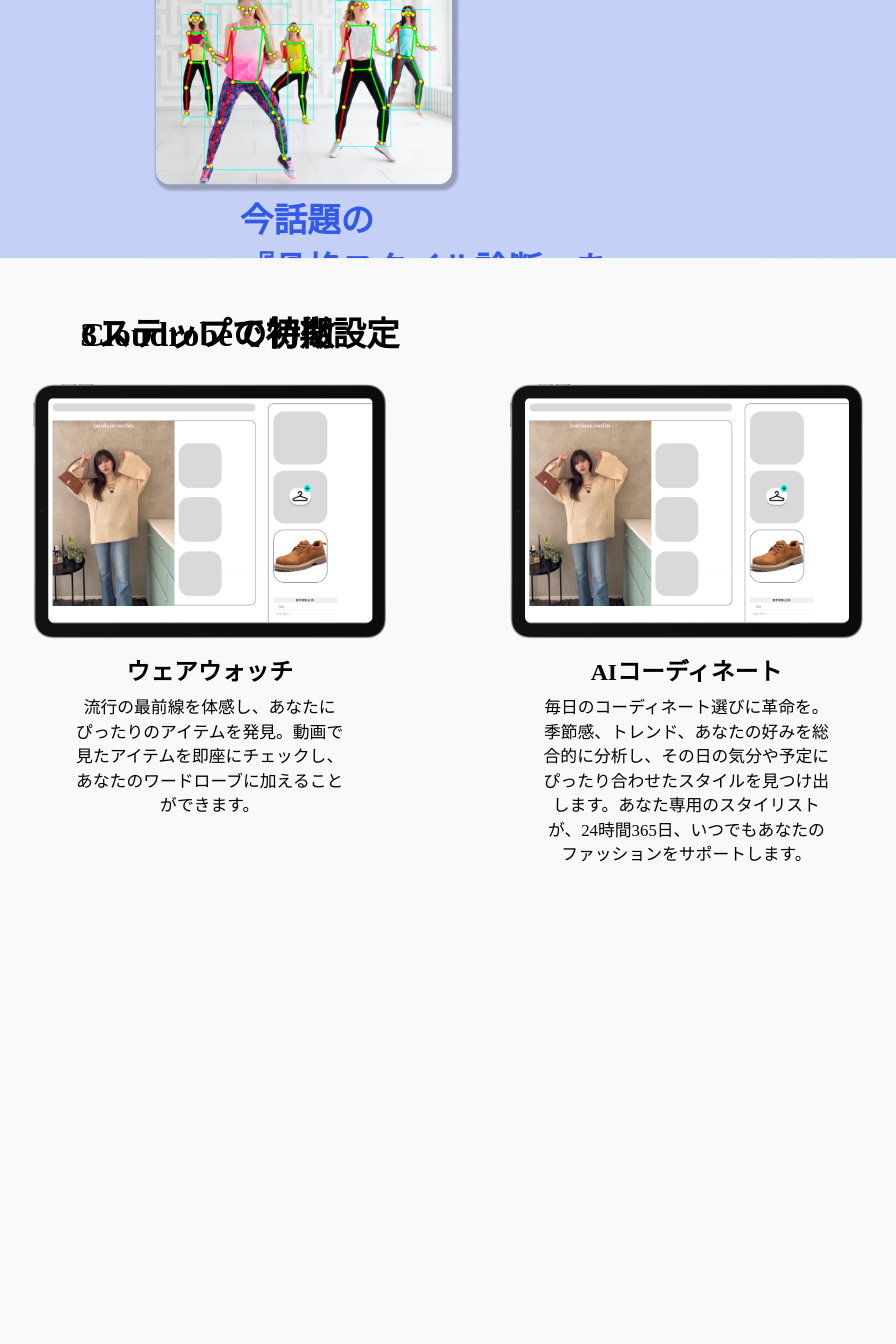
Repository: Yoshiki0418/yahoo.hack
Page: welcome.html
These files come from the project's save history. The page is drawn as it stood at one moment and after the next save; the edit follows.
The browser window is 1280 px wide. The pictures show the part of the page from y = 1954 to 3874 px (the page is 5407 px tall), at 70% of full size.

Above is the page before, as saved 2024-02-09 22:17:54.

After the next save:
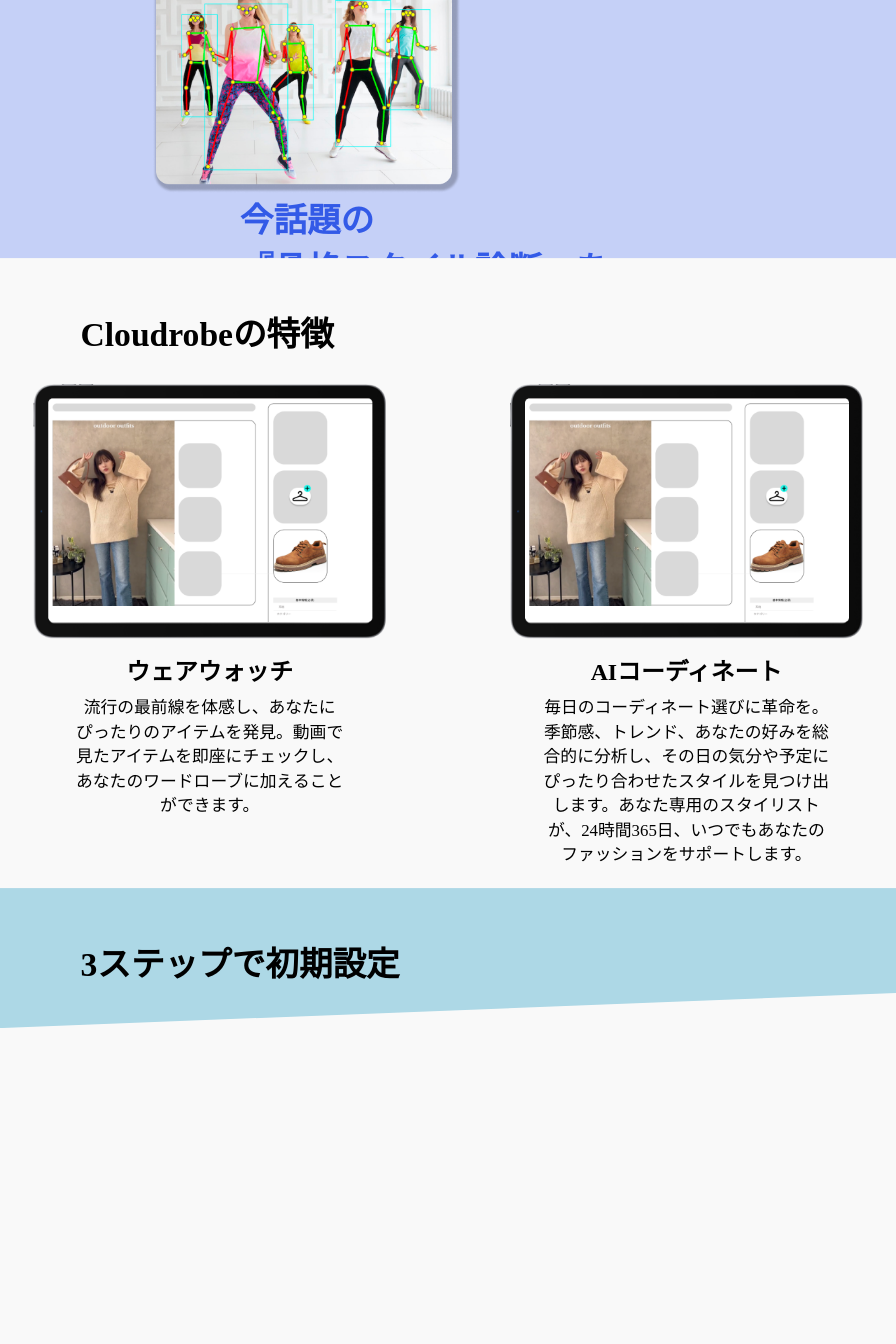
Saved 76 s later.
--- a/welcome.html
+++ b/welcome.html
@@ -86,7 +86,7 @@
                         ファッションをサポートします。</p>
                 </div>
             </div>
-            <div clss="shape">
+            <div class="shape">
                 <h2>3ステップで初期設定</h2>
             </div>
         </div>
